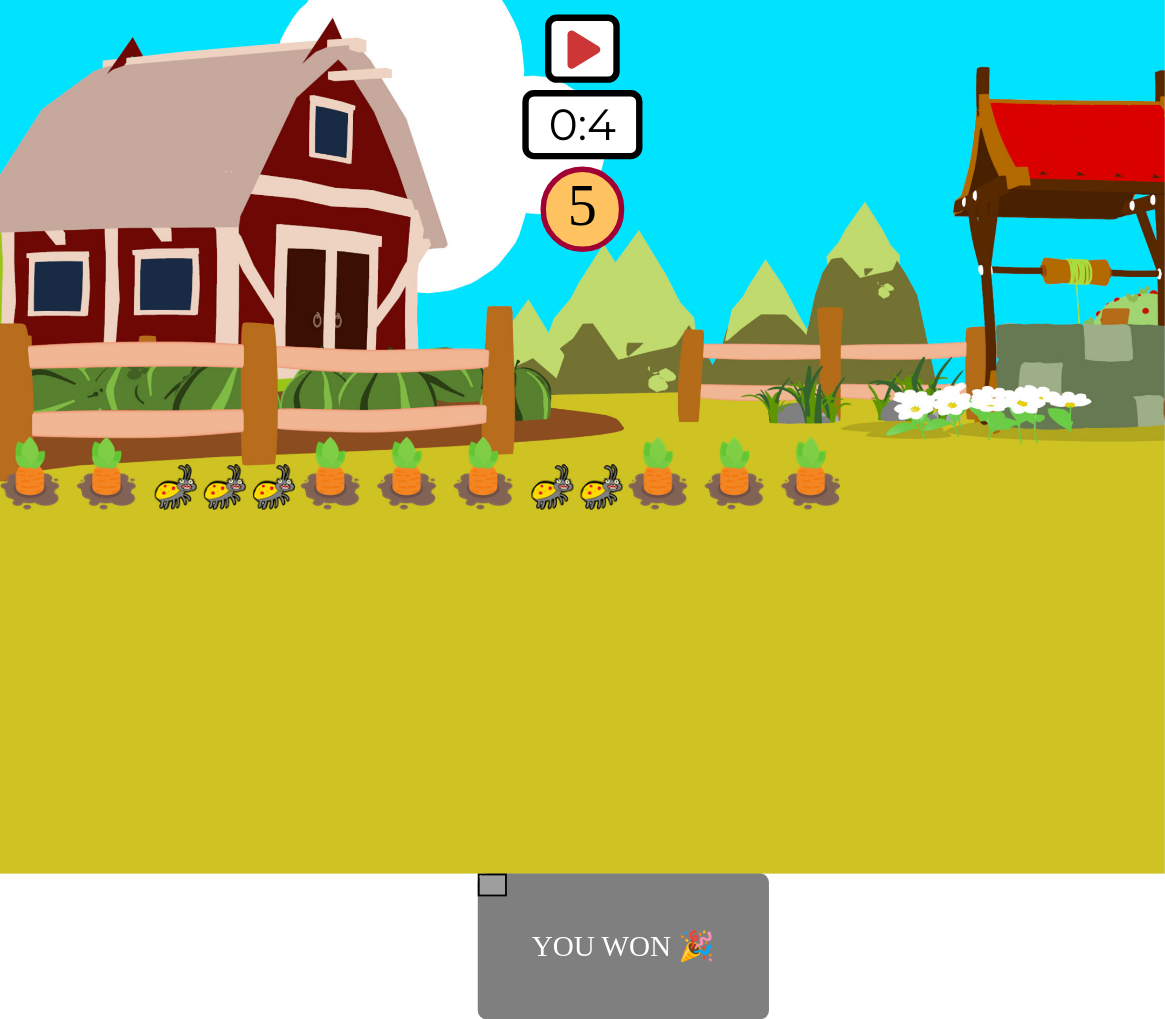
Repository: sephinejo/Mini-carrot-game
Page: index.html
The author's editor kept a copy of each file at every save. The page is drawn from the files as they stood at one save, then again after the next save.
The browser window is 1280 px wide. The pictures show the whole page, at 91% of full size.
Pictures or frames that could not be fetched are drawn as grey boxes. Some web fonts or font styles are not loaded; a fallback is used. Some web libraries are served in a nearby version.

Above is the page before, as saved 2023-05-14 23:22:05.

After the next save:
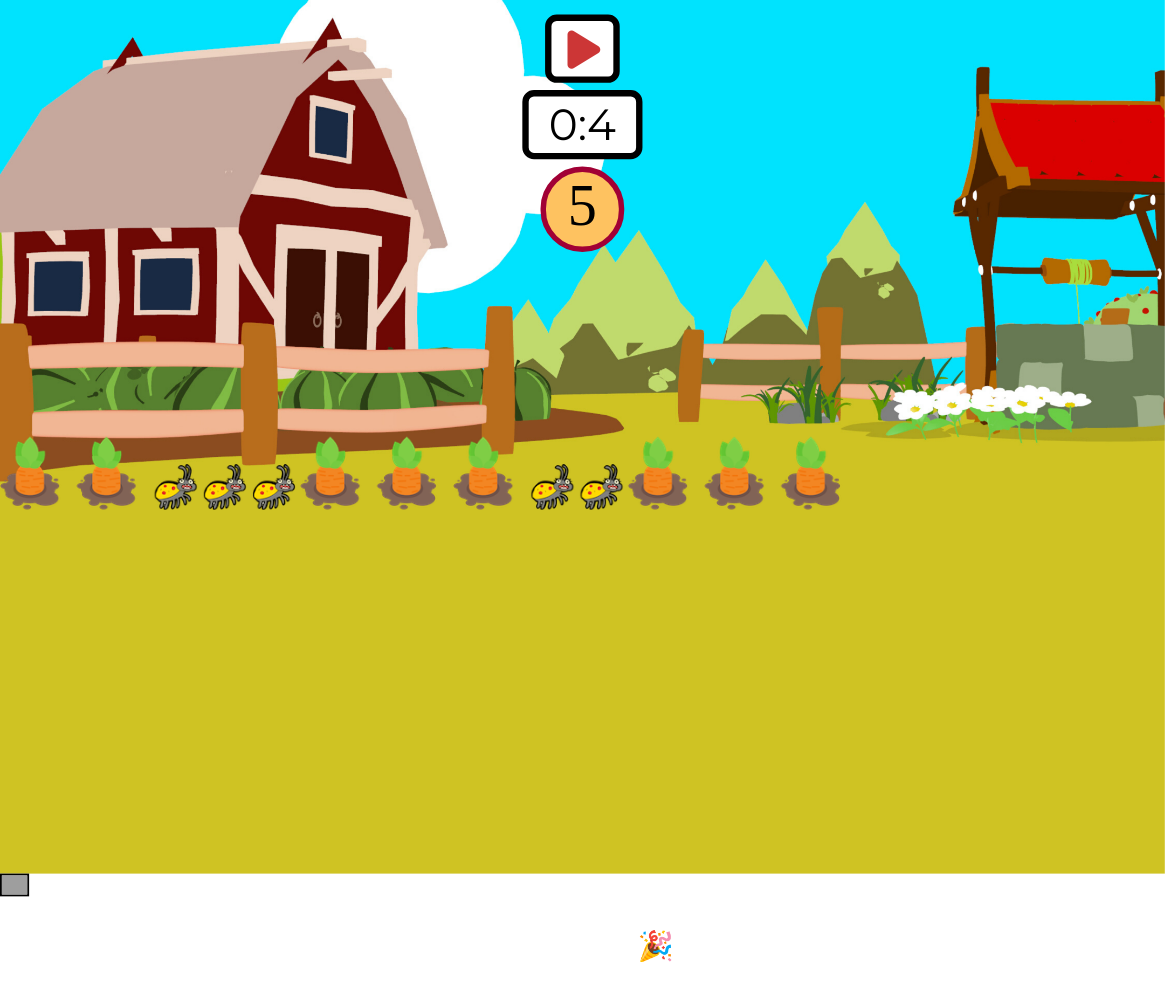
Saved 10 s later.
--- a/index.html
+++ b/index.html
@@ -43,7 +43,7 @@
         <img class="carrot" src="img/carrot.png" alt="carrot" />
       </div>
     </section>
-    <section class="end__message">
+    <section class="pop-up">
       <img class="replay" src="img/replay.png" alt="replay" />
       <p class="replay__message">YOU WON 🎉</p>
     </section>

After the save that followed:
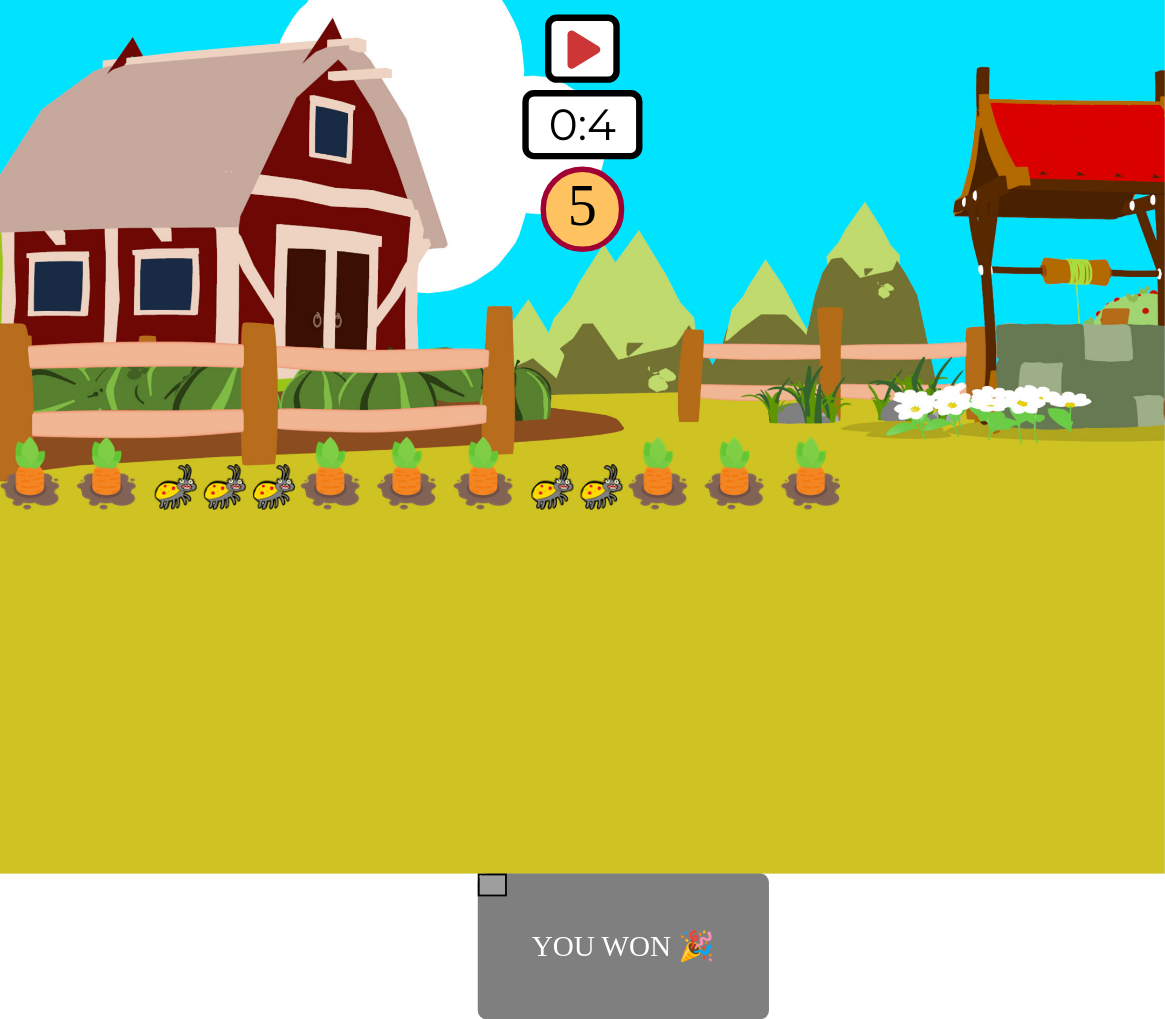
Saved 9 s later.
--- a/style.css
+++ b/style.css
@@ -49,7 +49,7 @@ body {
   padding: 0 1.5rem 0.5rem;
 }
 
-.end__message {
+.pop-up {
   width: 20rem;
   height: 10rem;
   background: rgba(0, 0, 0, 0.5);
